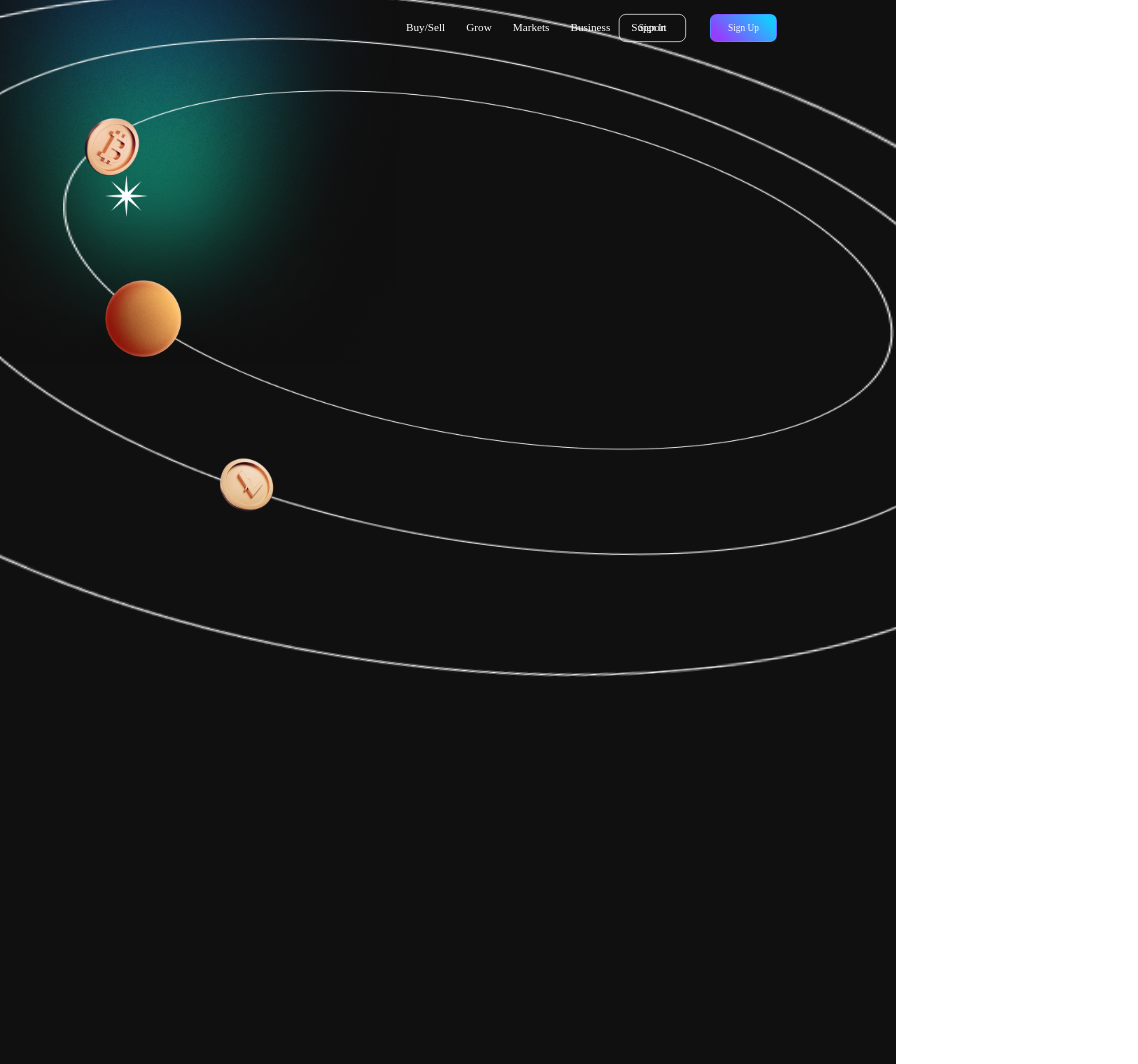
Repository: isaacCodes1/My-Crypto-Website
Page: index.html
An editor plug-in stored every save of this project. The page is shown before and after the next save, followed by the edit.
The browser window is 1280 px wide. The page is 1625 px wide, so the pictures cover 1625 px, including what lies to the right of the window. The pictures show the part of the page from y = 0 to 1520 px (the page is 7200 px tall), at 70% of full size.

Above is the page before, as saved 2024-05-16 10:48:31.

### index.html
<!DOCTYPE html>
<html lang="en">
<head>
    <meta charset="UTF-8">
    <meta name="viewport" content="width=device-width, initial-scale=1.0">
    <link rel="stylesheet" href="style.css">
    <title>Crypto Website.</title>
</head>
<body>
    <header>
        <nav>
            <div class="navGen">
                <div class="logoSec">
                    <img src="/images/float13.png" alt="" class="grad1">
                </div>
                <div class="lists">
                    <ul>
                        <li>Buy/Sell</li>
                        <li>Grow</li>
                        <li>Markets</li>
                        <li>Business</li>
                        <li>Support</li>
                    </ul>
                    <button id="in">Sign In</button>
                    <button id="up">Sign Up</button>
                </div>
            </div>
        </nav>
    </header>
    <section>
        <div class="landingGen">
            <div class="onlyDiv">
                <img id="e1" src="/images/Ellipse 2155.png" alt="">
                <img id="e2" src="/images/Ellipse 2156.png" alt="">
                <img src="/images/Ellipse 2157.png" alt="" id="e3">
                <img id="bit1" src="/images/float1.png" alt="">
                <img id="orange" src="/images/float3.png" alt="">
                <img id="lit1" src="/images/float4.png" alt="">
                <img id="star1" src="/images/float2.png" alt="">
            </div>
        </div>
    </section>
</body>
</html>

### style.css
*{
    margin: 0;
    padding: 0;
    box-sizing: border-box;
    font-family: 'Poppins';
}
body{
    width: 100%;
}
/* NavBar */
.navGen{
    /* display: flex; */
    background-color: #111010;
    width: 100%;
    height: 100vh;
}
.logoSec{
    display: flex;
    background-color: #111010;
    height: 1000vh;
    width: 100%;
    align-items: center;
    padding-top: 30px;
    gap: 20px;
}
.grad1{
    position: absolute;
    top: 0px;
    left: 0;
}
.lists ul{
    display: flex;
    list-style: none;
    gap: 30px;
    margin-left: 580px;
    color: #fff;
    position: absolute;
    top: 30px;
}
#in{
    background: transparent;
    border: 1px solid #fff;
    border-radius: 10px;
    width: 96px;
    height: 40px;
    color: #fff;
    position: absolute;
    right: 300px;
    top: 20px;
}
#up{
    background: linear-gradient(225deg, #18C8FF 14.89%, #933FFE 85.85%);
    border: 1px solid transparent;
    color: #fff;
    width: 96px;
    height: 40px;
    position: absolute;
    right: 170px;
    border-radius: 10px;
    top: 20px;
}

/* Landing Page */

.landingGen{
    display: flex;
}
#e1{
    position: absolute;
    width: 1187px;
    height: 514px;
    transform: rotate(-0deg);
    left: 90px;
    top: 129px;
}
#e2{
    position: absolute;
    width: 1550px;
    height: 748px;
    top: 50px;
    left: -124px;
    transform: rotate(-0.9deg);
}
#e3{
    position: absolute;
    width: 1990px;
    height: 1032px;
    top: -40px;
    left: -406px;
    right: 0px;
    transform: rotate(-5deg);
}
#bit1{
    position: absolute;
    top: 140px;
    left: 90px;
}
#orange{
    position: absolute;
    top: 400px;
    left: 150px;
}
#lit1{
    position: absolute;
    top: 620px;
    left: 280px;
}
#star1{
    position: absolute;
    top: 250px;
    left: 150px;
}

After the next save:
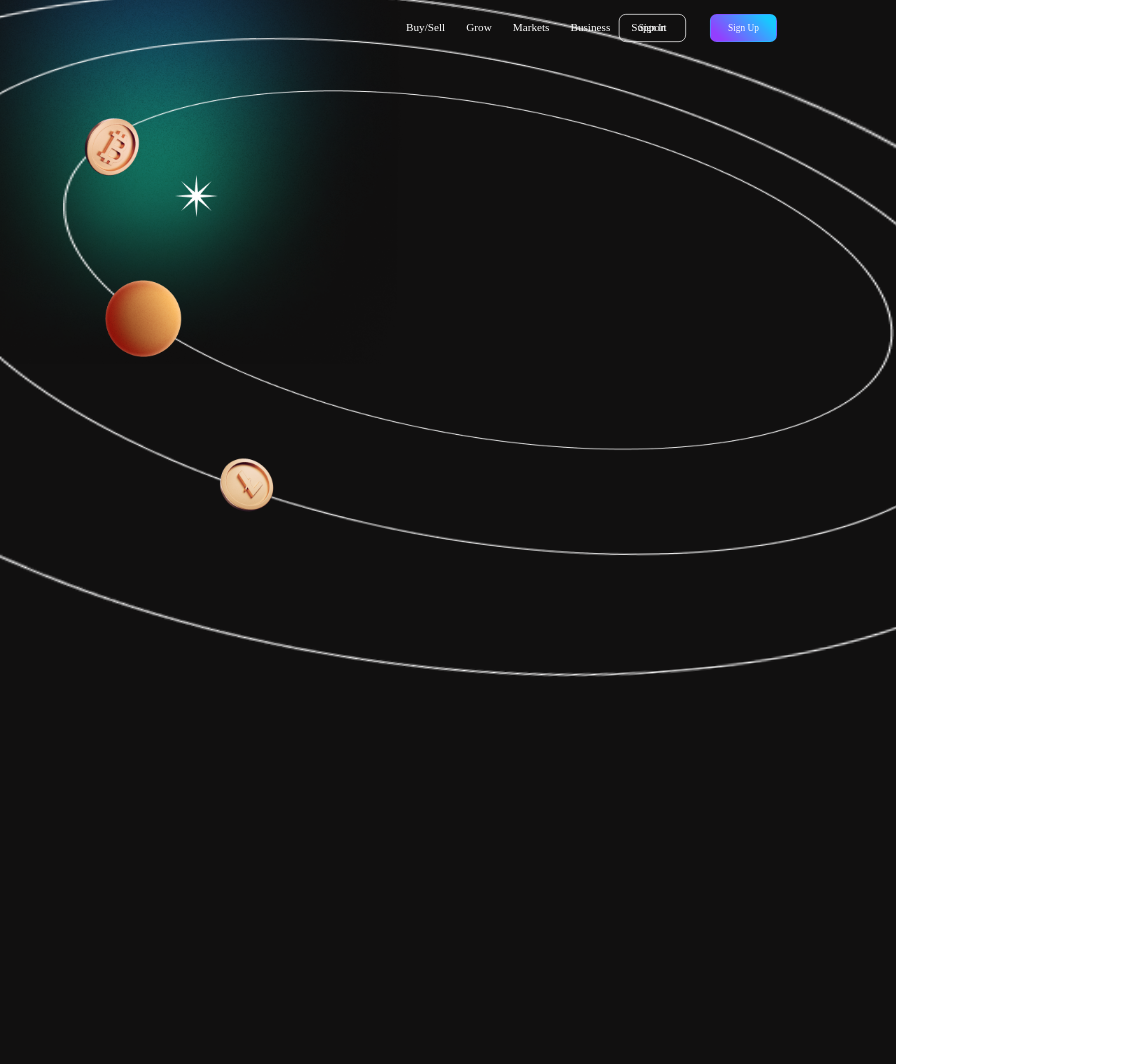
Saved 4 s later.
--- a/style.css
+++ b/style.css
@@ -108,5 +108,5 @@
 #star1{
     position: absolute;
     top: 250px;
-    left: 150px;
+    left: 250px;
 }
